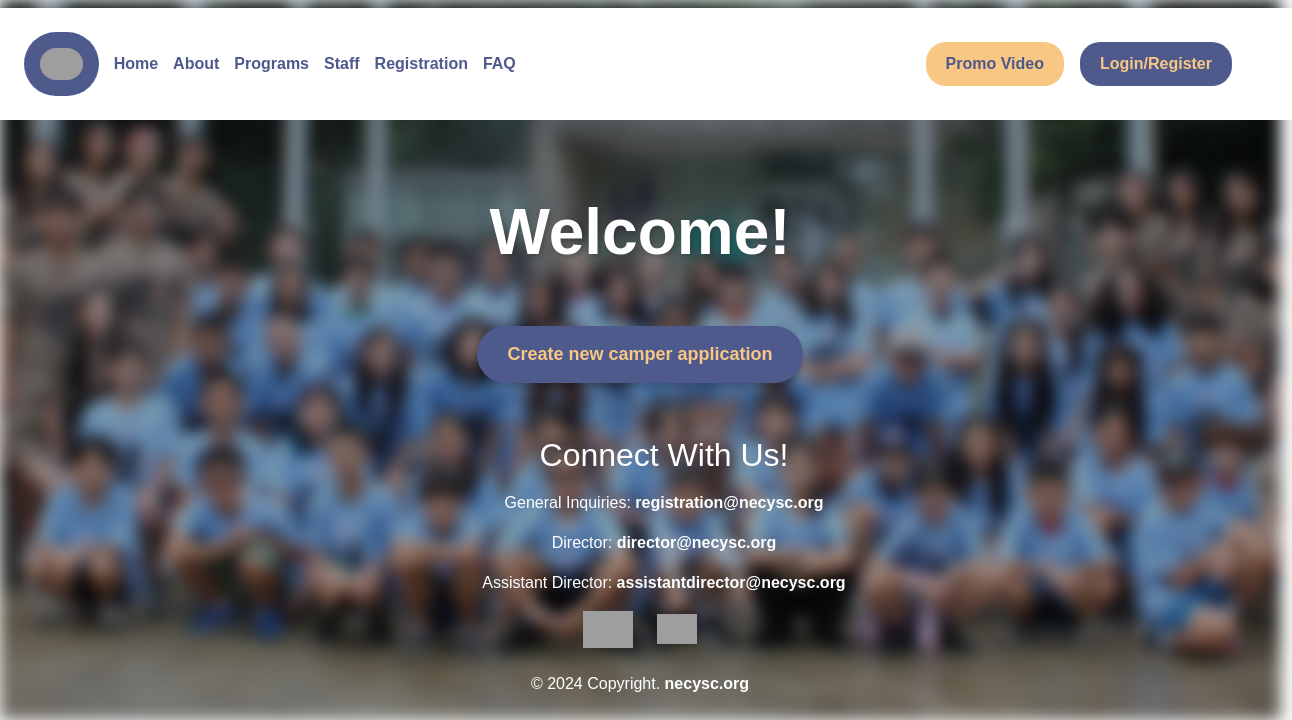
Repository: fullstackatbrown/project-necysc
Page: necysc_app/templates/necysc_app/applicant/index.html
These files come from the project's save history. The page is drawn as it stood at one moment and after the next save; the edit follows.
The browser window is 1280 px wide. The page is 1292 px wide, so the pictures cover 1292 px, including what lies to the right of the window. The pictures show the whole page.
Pictures or frames that could not be fetched are drawn as grey boxes. Some web fonts or font styles are not loaded; a fallback is used. The template is drawn by Django 5.2. The application's start-up code is not run. The template is opened directly, without the code that normally fills it, so the values that code supplies are empty.

Above is the page before, as saved 2024-12-04 02:02:54.

After the next save:
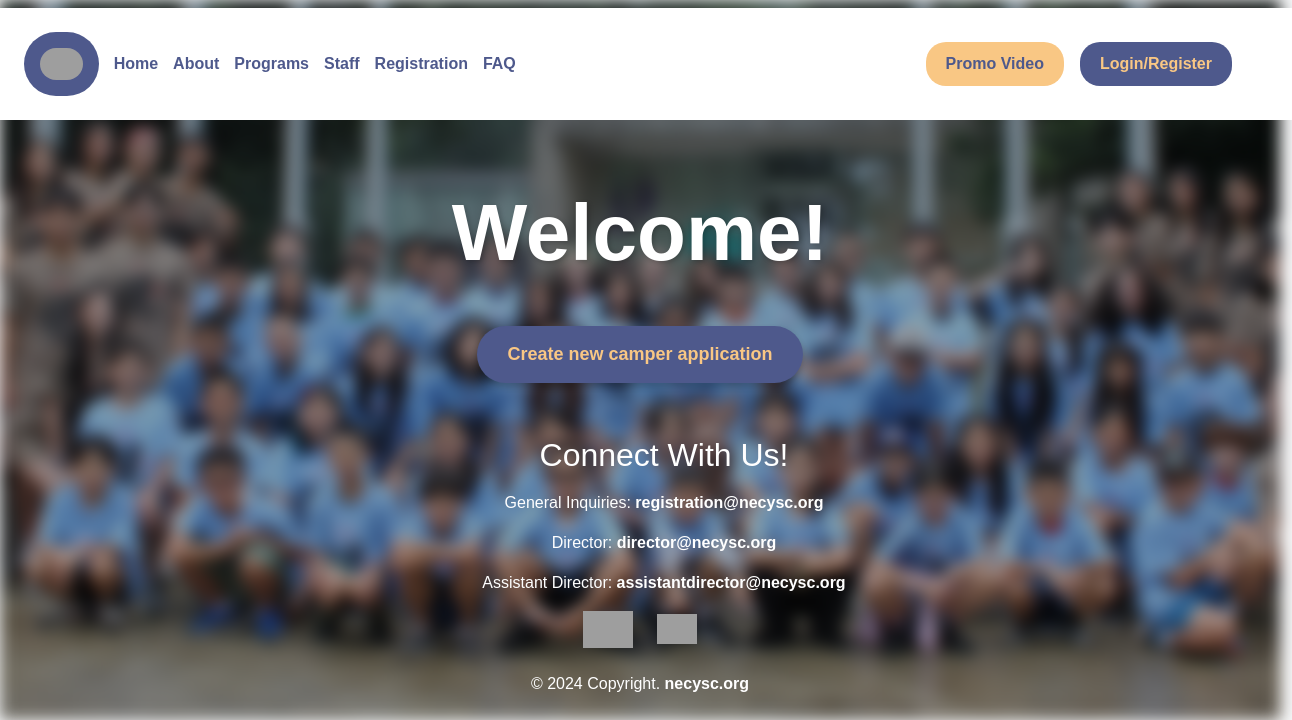
Saved 7 s later.
--- a/necysc_app/templates/necysc_app/applicant/index.html
+++ b/necysc_app/templates/necysc_app/applicant/index.html
@@ -125,7 +125,7 @@
 }
 
 .welcome-title {
-    font-size: 4rem; /* 将字体调大 */
+    font-size: 5rem; /* 将字体调大 */
     text-align: center; /* 居中对齐 */
     margin-bottom: 20px; /* 与按钮之间的间距 */
     font-weight: bold; /* 加粗标题 */
